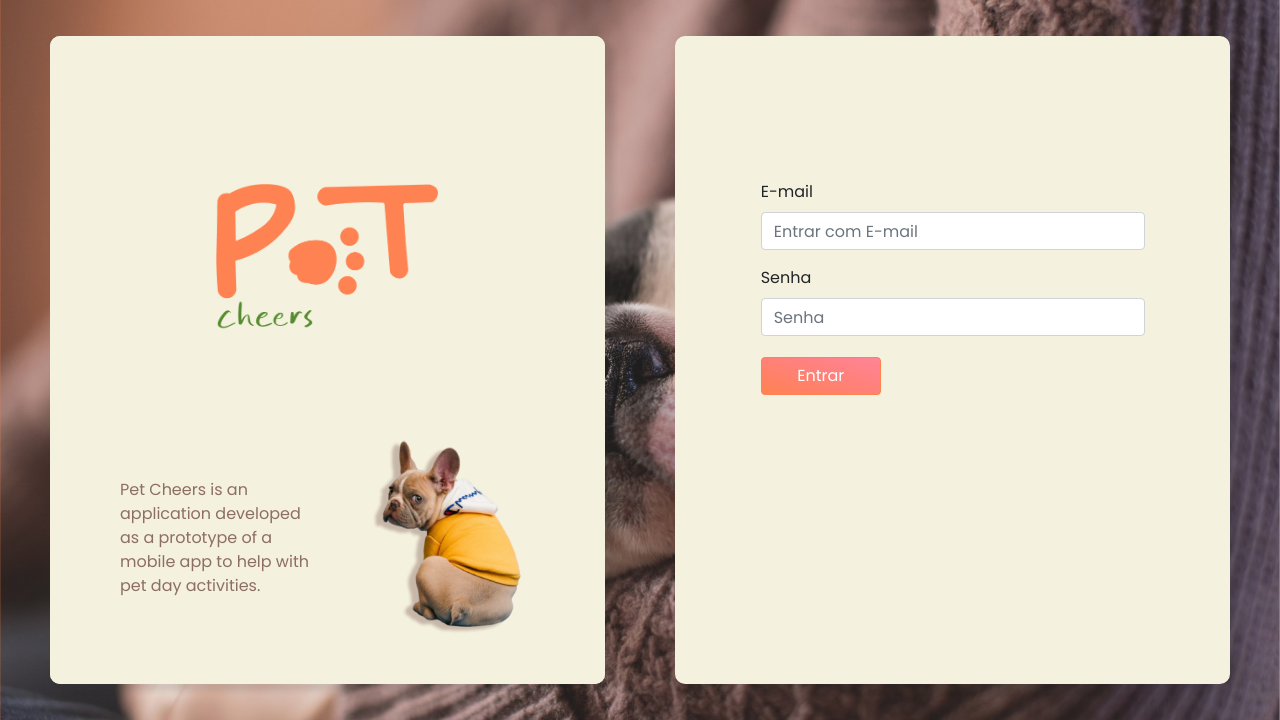
Repository: MilenaMelo/WebSite-PetCheers
Page: /
The author's editor kept a copy of each file at every save. The page is drawn from the files as they stood at one save, then again after the next save.
The browser window is 1280 px wide. The pictures show the whole page.
The project was rebuilt for these pictures with package versions that can differ from the ones it lists, and the page was loaded fresh each time. Also part of the build but not shown: src/components/layout/LayoutLogout.vue, src/components/layout/LayoutDatas.vue, src/components/layout/LayoutNewData.vue. Imported but missing from the stored project, and not drawn on this page: src/pages/data/Data.vue.

Above is the page before, as saved 2020-09-08 15:37:57.
Console error: TypeError: Cannot read properties of null (reading 'style')

After the next save:
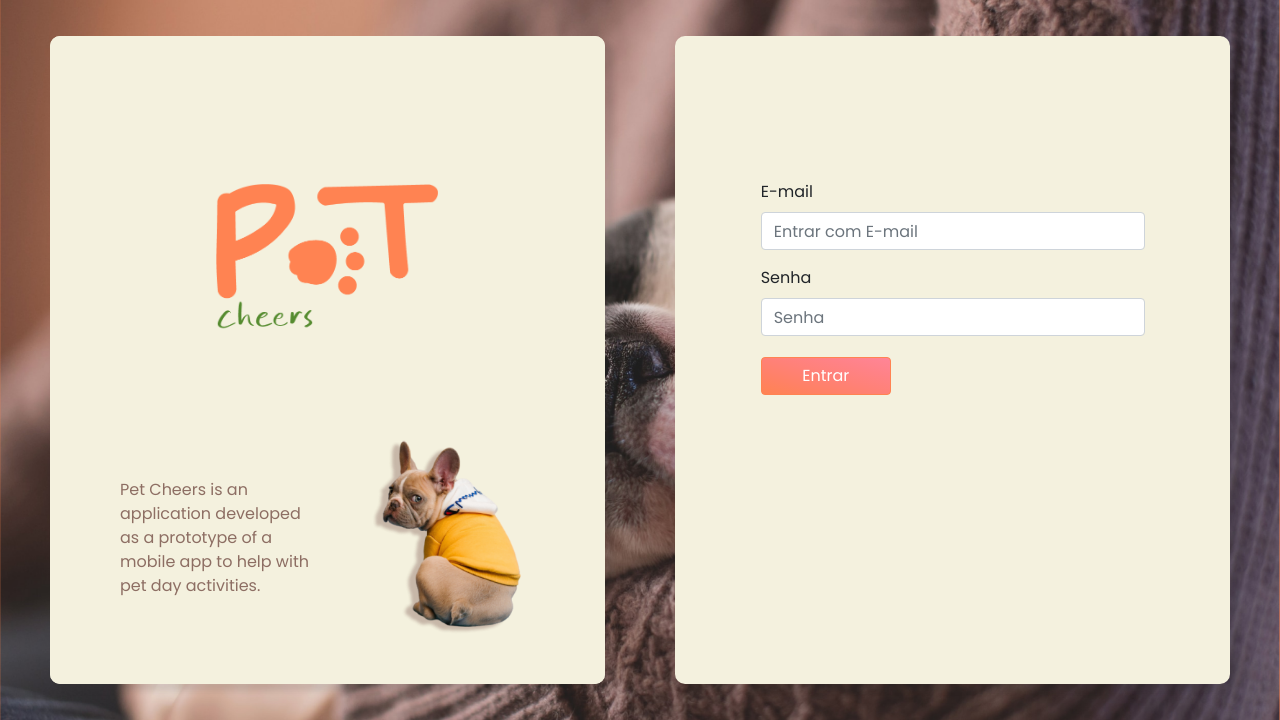
Saved 20 s later.
--- a/src/assets/scss/app.scss
+++ b/src/assets/scss/app.scss
@@ -8,7 +8,7 @@
 }
 
 .btn-primary {
-  width: 120px;
+  width: 130px;
   margin-top: 5px;
   background-image: linear-gradient(to right top, #ff8352, #ff8165, #ff8177, #ff8287, #ff8597);
   border-color: $orange;
